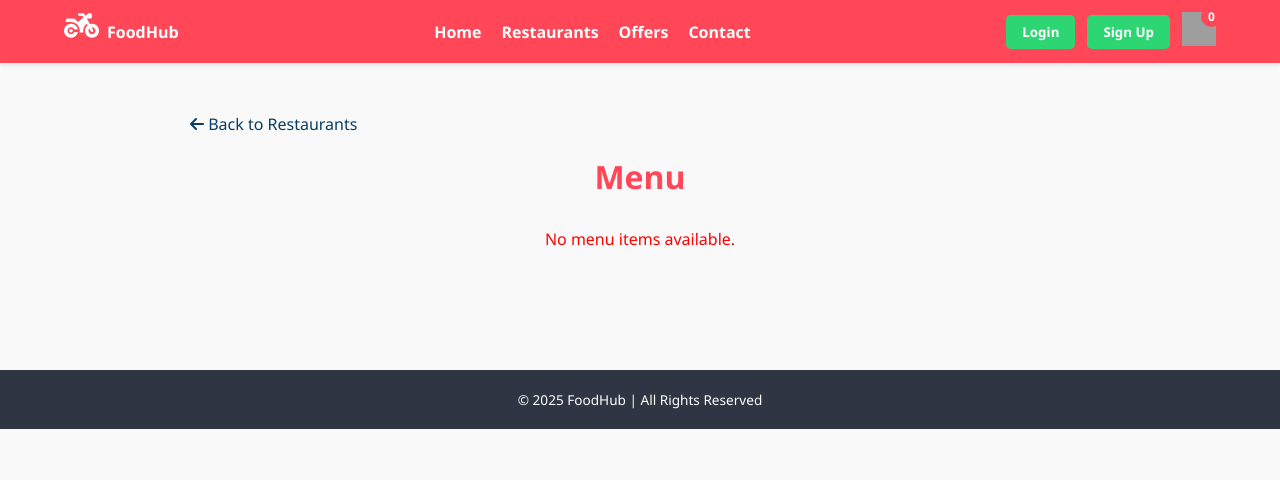
Repository: srinithiashoka/FoodDeliveryApp
Page: http://localhost/FoodDeliveryApp/menu.jsp
These files come from the project's save history. The page is drawn as it stood at one moment and after the next save; the edit follows.
The browser window is 1280 px wide. The pictures show the whole page.
Pictures or frames that could not be fetched are drawn as grey boxes. The page is served by Tomcat 10. The template is opened directly, without the code that normally fills it, so the values that code supplies are empty.

Above is the page before, as saved 2025-12-03 10:08:04.

After the next save:
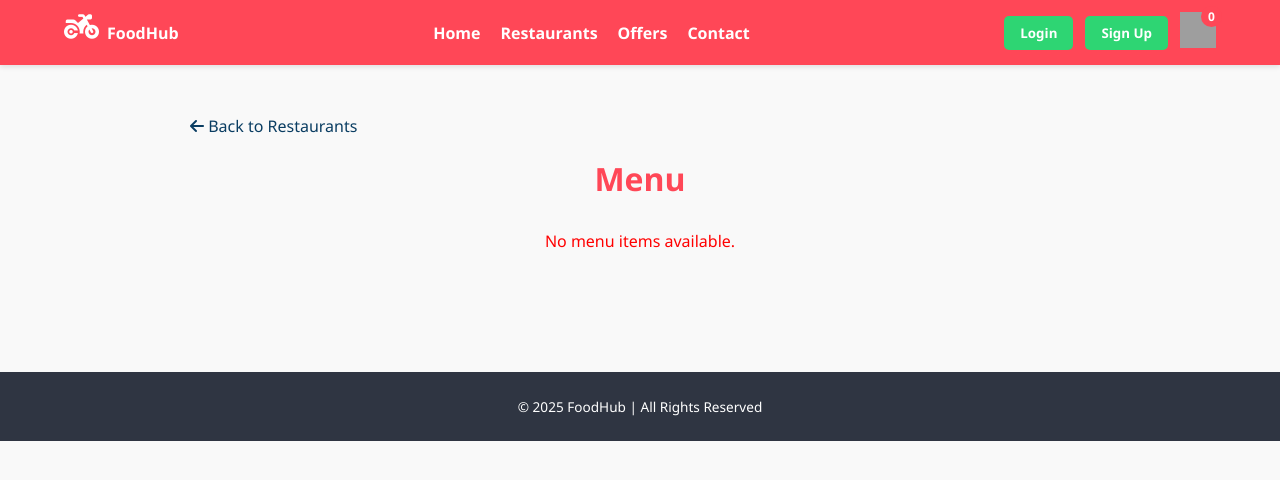
Saved 80 s later.
--- a/FoodDeliveryApp/src/main/webapp/css/menu.css
+++ b/FoodDeliveryApp/src/main/webapp/css/menu.css
@@ -178,8 +178,8 @@
     display: inline-block;
 }
 .cart-icon-wrapper img {
-    width: 34px;
-    height: 34px;
+    width: 36px;
+    height: 36px;
     cursor: pointer;
 }
 .cart-badge {
@@ -205,6 +205,18 @@
 }
 
 /* =======================
+   FOOTER
+======================= */
+footer {
+    background: #2f3542;
+    color: white;
+    text-align: center;
+    padding: 25px 0;
+    margin-top: 40px;
+    font-size: 0.85rem;
+}
+
+/* =======================
    RESPONSIVE
 ======================= */
 @media(max-width: 767px){

After the save that followed:
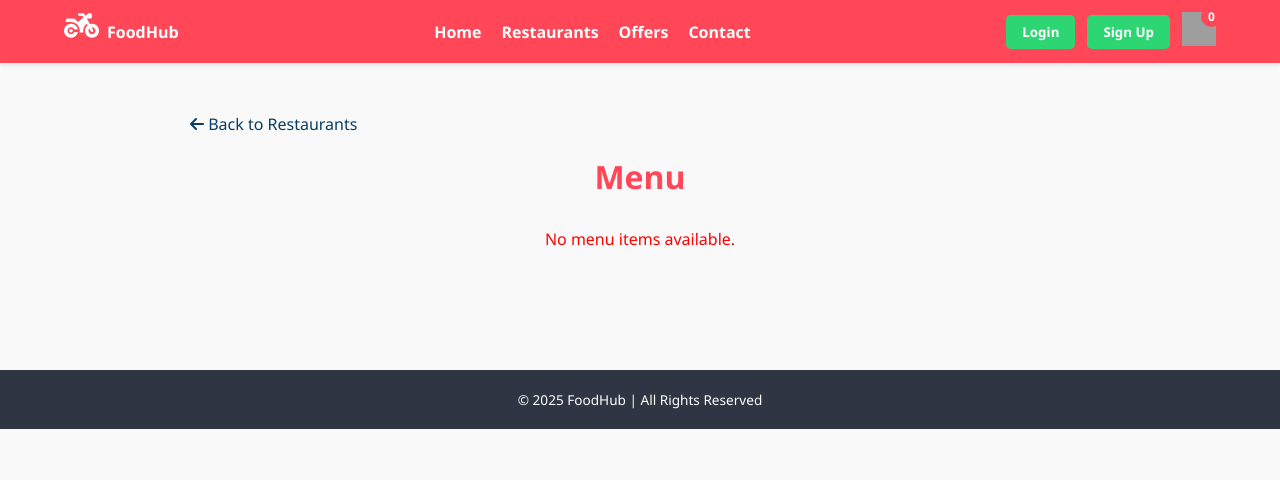
Saved 17 s later.
--- a/FoodDeliveryApp/src/main/webapp/css/menu.css
+++ b/FoodDeliveryApp/src/main/webapp/css/menu.css
@@ -178,8 +178,8 @@
     display: inline-block;
 }
 .cart-icon-wrapper img {
-    width: 36px;
-    height: 36px;
+    width: 34px;
+    height: 34px;
     cursor: pointer;
 }
 .cart-badge {
@@ -205,18 +205,6 @@
 }
 
 /* =======================
-   FOOTER
-======================= */
-footer {
-    background: #2f3542;
-    color: white;
-    text-align: center;
-    padding: 25px 0;
-    margin-top: 40px;
-    font-size: 0.85rem;
-}
-
-/* =======================
    RESPONSIVE
 ======================= */
 @media(max-width: 767px){
